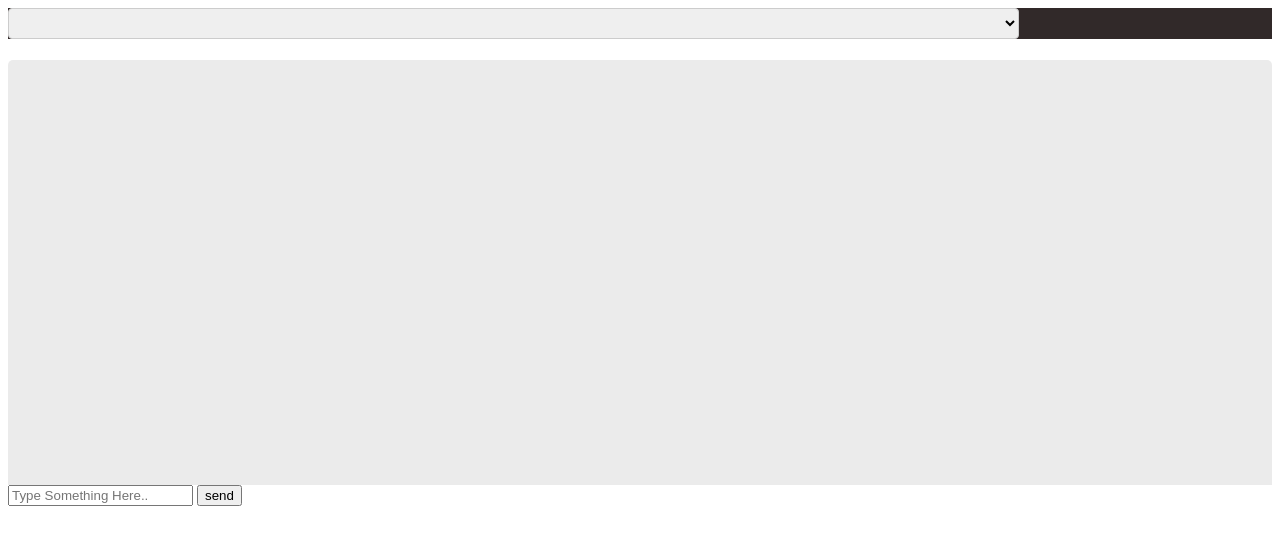
Repository: praveenshetg/GOLDEN-ROD
Page: Duolingo/papi-front/WebContent/view/chatScreen.html
These files come from the project's save history. The page is drawn as it stood at one moment and after the next save; the edit follows.
The browser window is 1280 px wide. The pictures show the whole page.

Above is the page before, as saved 2018-05-08 05:36:20.
Console error: ReferenceError: $ is not defined

After the next save:
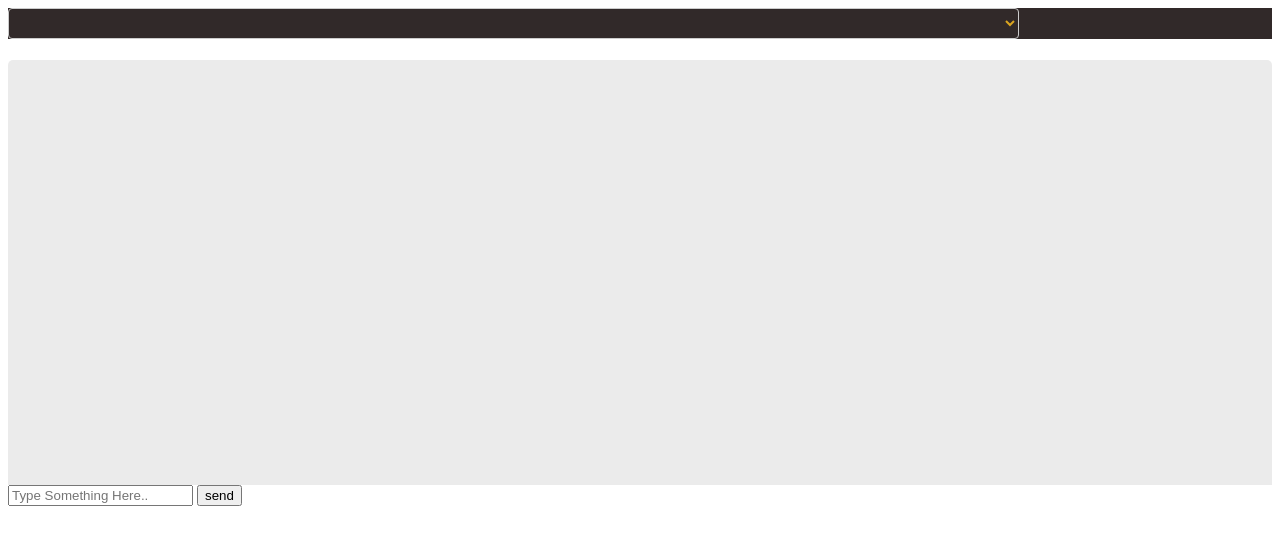
Saved 3 min 19 s later.
--- a/Duolingo/papi-front/WebContent/view/chatScreen.html
+++ b/Duolingo/papi-front/WebContent/view/chatScreen.html
@@ -84,6 +84,8 @@
 
 
     select{
+        color: goldenrod;
+    background: #312929;
         padding: 6px 9px;
     margin: 0px 0;
     width: 80%;
